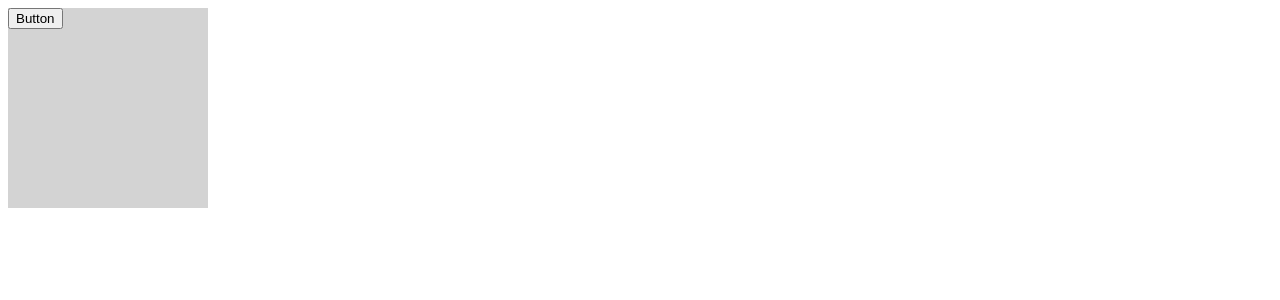
Repository: ezotop/react_ts_props-hook-router-event-req
Page: /
These files come from the project's save history. The page is drawn as it stood at one moment and after the next save; the edit follows.
The browser window is 1280 px wide. The pictures show the whole page.
The project was rebuilt for these pictures with package versions that can differ from the ones it lists, and the page was loaded fresh each time.

Above is the page before, as saved 2021-04-19 20:42:54.

### src/App.tsx
import React from 'react';
import Card from './component/Card';

const App = () => {
    return (
        <div>
            <Card width={'200px'} height={'200px'}>
                <button>Button</button>
            </Card>
        </div>
    );
};

export default App;

### src/component/Card.tsx
import React from 'react';

interface CardProps {
    width?: string // ? - если хотим сделать не обязательным
    height?: string
    children?: React.ReactChild | React.ReactNode
}

const Card = ({width, height, children}: CardProps) => {
    return (
        <div style={{width, height, background: 'lightgray'}}>
            {children}
        </div>
    );
};

export default Card;

Loaded but not shown: public/index.html (common file); src/index.tsx (common file)

After the next save:
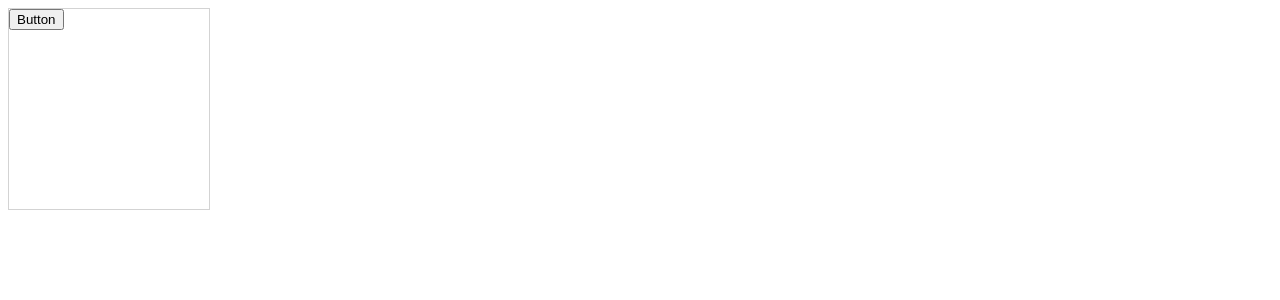
Saved 19 s later.
--- a/src/component/Card.tsx
+++ b/src/component/Card.tsx
@@ -8,7 +8,7 @@ interface CardProps {
 
 const Card = ({width, height, children}: CardProps) => {
     return (
-        <div style={{width, height, background: 'lightgray'}}>
+        <div style={{width, height, border: '1px solid lightgray'}}>
             {children}
         </div>
     );
